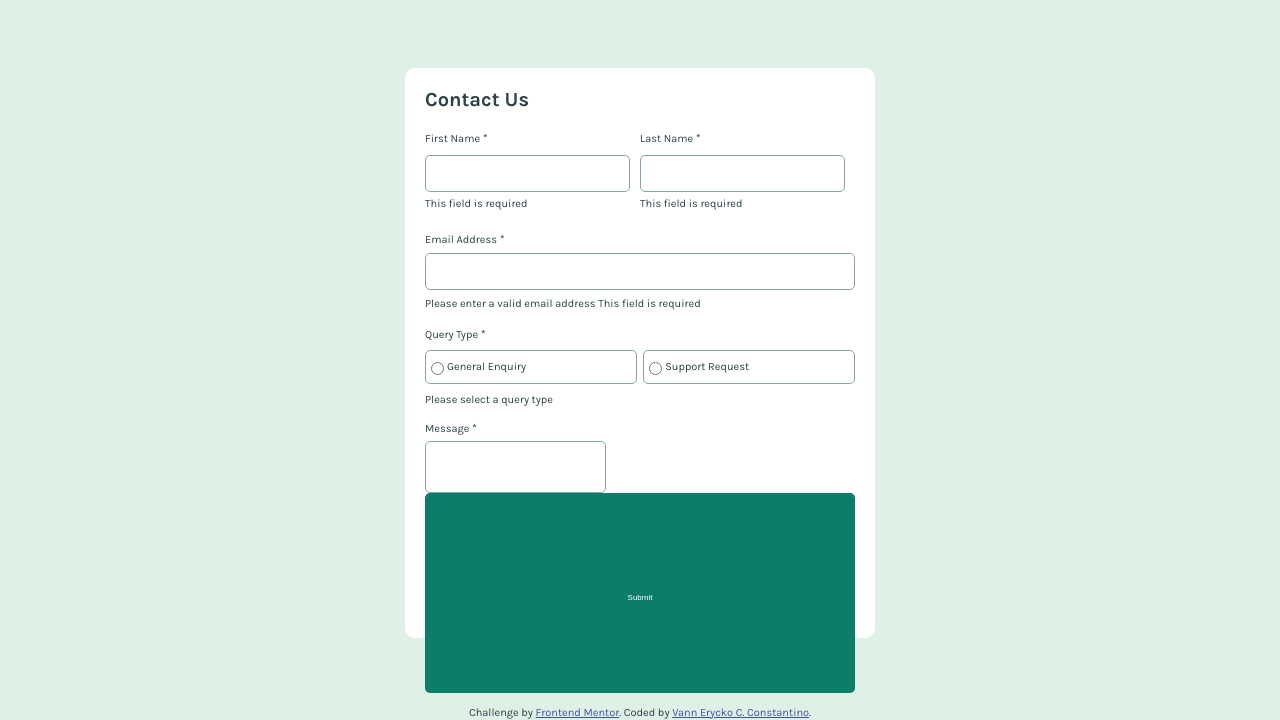
Repository: kocokoy/contact-form
Page: contact-form-main/index.html
The author's editor kept a copy of each file at every save. The page is drawn from the files as they stood at one save, then again after the next save.
The browser window is 1280 px wide. The pictures show the whole page.

Above is the page before, as saved 2024-10-24 16:11:00.

### contact-form-main/index.html
<!DOCTYPE html>
<html lang="en">
<head>
  <meta charset="UTF-8">
  <meta name="viewport" content="width=device-width, initial-scale=1.0"> <!-- displays site properly based on user's device -->

  <link rel="icon" type="image/png" sizes="32x32" href="./assets/images/favicon-32x32.png">
  <link rel="stylesheet" href="/contact-form-main/styles/style.css">
  <link rel="preconnect" href="https://fonts.googleapis.com">
  <link rel="preconnect" href="https://fonts.gstatic.com" crossorigin>
  <link href="https://fonts.googleapis.com/css2?family=Karla:ital,wght@0,200..800;1,200..800&family=Red+Hat+Text:ital,wght@0,300..700;1,300..700&display=swap" rel="stylesheet">
  <title>Frontend Mentor | Contact form</title>

  <!-- Feel free to remove these styles or customise in your own stylesheet 👍 -->
  <style>
    .attribution { font-size: 11px; text-align: center; }
    .attribution a { color: hsl(228, 45%, 44%); }
  </style>
</head>
<body>
  <div class="container">
    <div class="contact-form-card">
      <h1 class="contact-us-header">
        Contact Us
      </h1>
      <div class="name-section">
        <div class="first-name-section">
          <p>
            First Name
            <span>*</span>
          </p>
          <input type="text" name="" id="">
          <p>
            This field is required
          </p>
        </div>
        <div class="last-name-section">
          <p>
            Last Name
            <span>*</span>
          </p>
          <input type="text" name="" id="">
          <p>
            This field is required
          </p>
        </div>
      </div>
      <div class="email-section">
        <p>Email Address  <span>*</span></p>
        <input type="text">
        <p>Please enter a valid email address
          This field is required</p>
      </div>
      <div class="query-type-section">
        <p>Query Type  <span>*</span></p>
        <div class="radio-query-type-section">
          <div class="general-radio-query-type-section">
            <input type="radio">
            General Enquiry
          </div>
          <div class="support-radio-query-type-section">
            <input type="radio">
            Support Request
          </div>
        </div>
        <p>Please select a query type</p>
      </div>
      <div class="message-section">
        <p>Message  <span>*</span></p>
        <textarea name="message-section-text-area" id=""></textarea>
        <p>This field is required</p>
      </div>
      <div class="consent-section">
        <div>
          <input type="checkbox" id="custom-checkbox">
          <!-- <span class="custom-checkbox"></span> -->
          <label for="custom-checkbox">I consent to being contacted by the team  <span>*</span></label>
        </div>
        <p> To submit this form, please consent to being contacted</p>
      </div>
      <div class="submit-btn-section">
        <button>
          Submit
        </button>
      </div>
    </div>
  </div>




  <!-- Message Sent!
  Thanks for completing the form. We'll be in touch soon! -->

  <div class="attribution">
    Challenge by <a href="https://www.frontendmentor.io?ref=challenge">Frontend Mentor</a>.
    Coded by <a href="#">Vann Erycko C. Constantino</a>.
  </div>
</body>
</html>

### contact-form-main/styles/style.css
:root{
  /* Primary */
  --Green200: hsl(148, 38%, 91%);
  --Green600: hsl(169, 82%, 27%);
  --Red:hsl(0, 66%, 54%);

  --White: hsl(0, 0%, 100%);
  --Grey500: hsl(186, 15%, 59%);
  --Grey900: hsl(187, 24%, 22%);
}

body{
  padding: 0;
  margin: 0;
  background-color: var(--Green200);
  font-family: Karla;
  font-size: 11px;
  font-weight: 400;
  color: var(--Grey900);
}

span {
  font-size: 12px;
}

.container{
  display: flex;
  align-items: center;
  justify-content: center;
  height: 98vh;
}

.contact-form-card{
  display: flex;
  flex-direction: column;
  border: 1px var(--Grey500);
  background-color: var(--White);
  height: 530px;
  width: 430px;
  border-radius: 10px;
  padding: 20px;
}

.contact-us-header{
  padding: 0;
  margin: 0;
  font-weight: 700;
  font-size: 20px;
  color: var(--Grey900);
}

.name-section{
  display: flex;
  flex-direction: row;
  justify-content: space-between;
  padding-top: 15px;
}

.name-section p{
  margin: 5px 0;
  padding-bottom: 5px;
}

.name-section input{
 border: 1px solid var(--Grey500);
 border-radius: 5px;
 padding: 10px 13px;
 outline: none;
}

.first-name-section, .last-name-section{
  width: 100%;
}

.name-section input:focus{
  border-color: var(--Green600);
}

.name-section input:hover{
  cursor: pointer;
  border-color: var(--Green600);
  transition: 0.3s;
}

.email-section{
  padding-top: 5px;
  display: flex;
  flex-direction: column;
}

.email-section p{
  margin:0;
  padding: 7px 0;
}

.email-section input{
  padding: 10px 13px;
  border-radius: 5px;
  border: 1px solid var(--Grey500);
  outline: none;
}

.email-section input:focus{
  border-color: var(--Green600);
}


.email-section input:hover{
  cursor: pointer;
  border-color: var(--Green600);
  transition: 0.3s;
}

.query-type-section{
  padding-top: 1px;
  display: flex;
  flex-direction: column;
}

.query-type-section p{
  padding: 9px 0;
  margin: 0;
}

.query-type-section .radio-query-type-section{
  display: flex;
  flex-direction: row;
  justify-content: space-between;
}

.general-radio-query-type-section ,.support-radio-query-type-section{
  display: flex;
  flex-direction: row;
  align-items: center;
  height: 32px;
  border-radius: 5px;
  border: 1px solid var(--Grey500);
  width: 48.8%;
}

/* .consent-section input[type="checkbox"]:checked{
  background-color: hsl(169, 82%, 27%);
} */


.message-section{
  height: 120px;
}

.message-section p{
 padding: 0;
 margin: 0;
 padding: 6px 0;
}

.message-section textarea{
 width: 300;
 height: 55%;
 border-radius: 5px;
 border: 1px solid var(--Grey500);
 font-size: 13px;
 resize: none;
 box-sizing: border-box;
 outline: none;
}

.consent-section{
  display: flex;
  flex-direction: column;
  padding: 13px 0 13px 0;

}

.consent-section p{
  padding: 0;
  margin: 5px 0 0 0;
}

.consent-section input{
  margin: 0 8px 0 0;
}

.consent-section label{
  cursor: pointer;
}

.consent-section div{
  display: flex;
  flex-direction: row;
  justify-content: start;
  align-items: center;
  padding: 0;
}

.submit-btn-section{
  display: flex;
  justify-content: center;
  align-items: center;
  height: 50px;
}

.submit-btn-section button{
  width: 100%;
  height: 70%;
  border: 1px var(--Green600);
  color: var(--White);
  background-color: var(--Green600);
  border-radius: 5px;
  font-size: 8px;
  padding: 100px;
  cursor: pointer;
  transition: 0.2s;
}

.submit-btn-section button:hover{
  background-color: var(--Grey900);

}

After the next save:
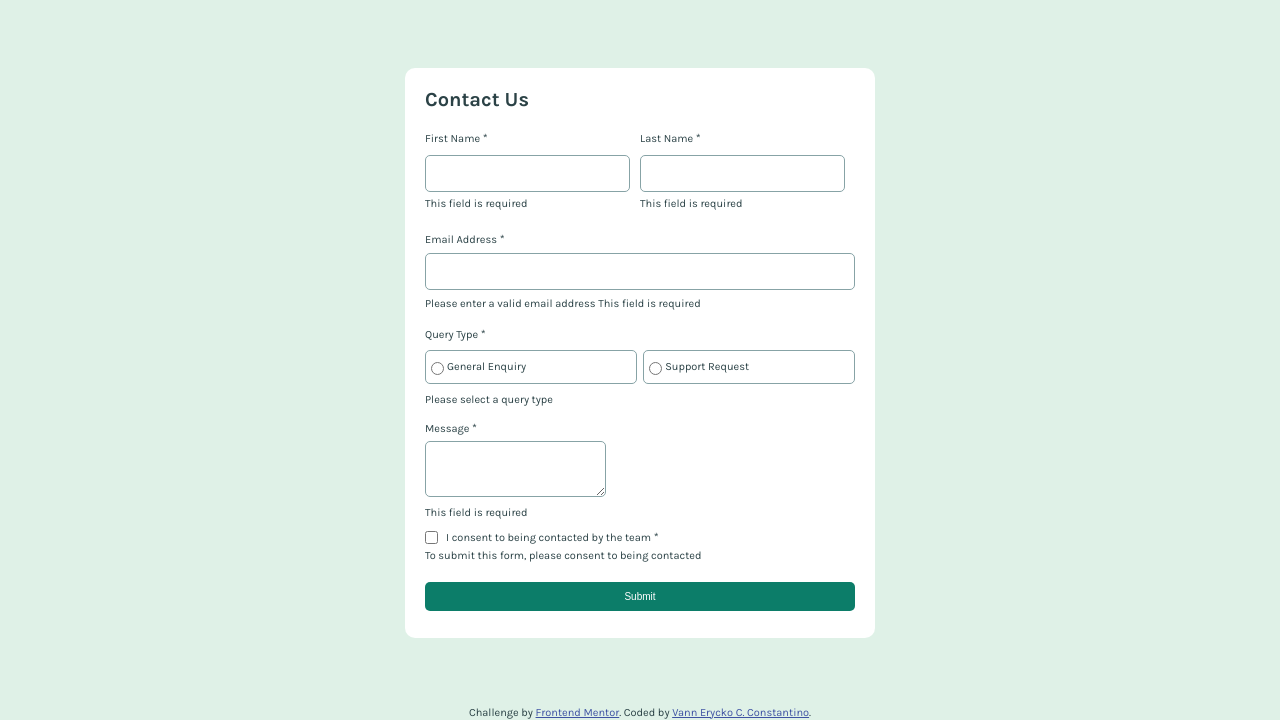
Saved 8 s later.
--- a/contact-form-main/styles/style.css
+++ b/contact-form-main/styles/style.css
@@ -159,7 +159,7 @@ span {
  border-radius: 5px;
  border: 1px solid var(--Grey500);
  font-size: 13px;
- resize: none;
+ /* resize: none;  */
  box-sizing: border-box;
  outline: none;
 }
@@ -206,8 +206,7 @@ span {
   color: var(--White);
   background-color: var(--Green600);
   border-radius: 5px;
-  font-size: 8px;
-  padding: 100px;
+  font-size: 10px;
   cursor: pointer;
   transition: 0.2s;
 }
